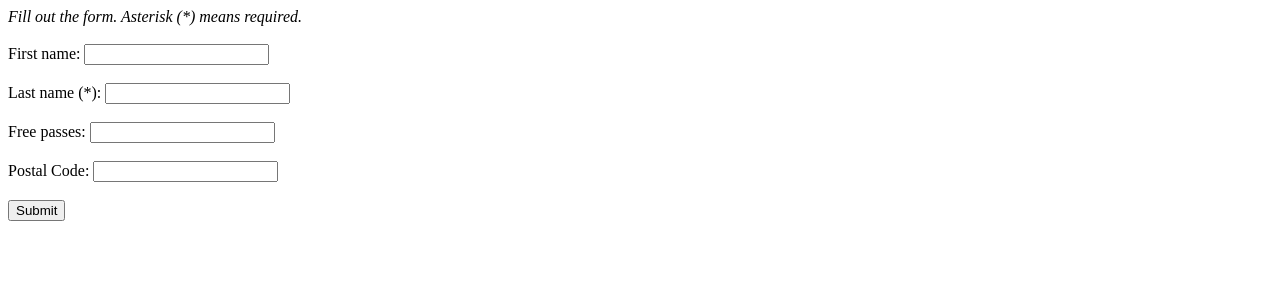
Repository: shinjuno123/spring-mvc-hands-on
Page: http://localhost/spring-mvc-demo/customer/showForm
The author's editor kept a copy of each file at every save. The page is drawn from the files as they stood at one save, then again after the next save.
The browser window is 1280 px wide. The pictures show the whole page.
The page is served by Tomcat 9.

Above is the page before, as saved 2023-01-05 10:59:17.

After the next save:
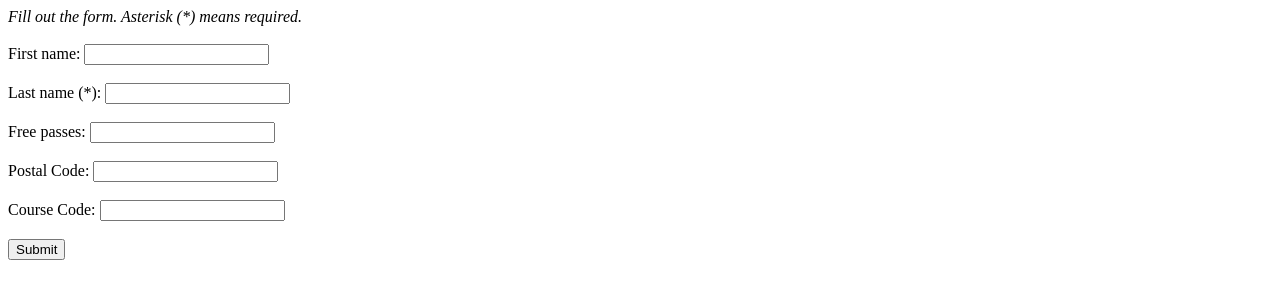
Saved 2 min 1 s later.
--- a/spring-mvc-demo/WebContent/WEB-INF/view/customer-form.jsp
+++ b/spring-mvc-demo/WebContent/WEB-INF/view/customer-form.jsp
@@ -36,6 +36,11 @@
 
 		<br><br>
 
+		Course Code: <form:input path="postalCode"/>
+		<form:errors path="postalCode" cssClass="error"/>
+
+		<br><br>
+
 		<input type="submit" value="Submit" />
 
 	</form:form>
